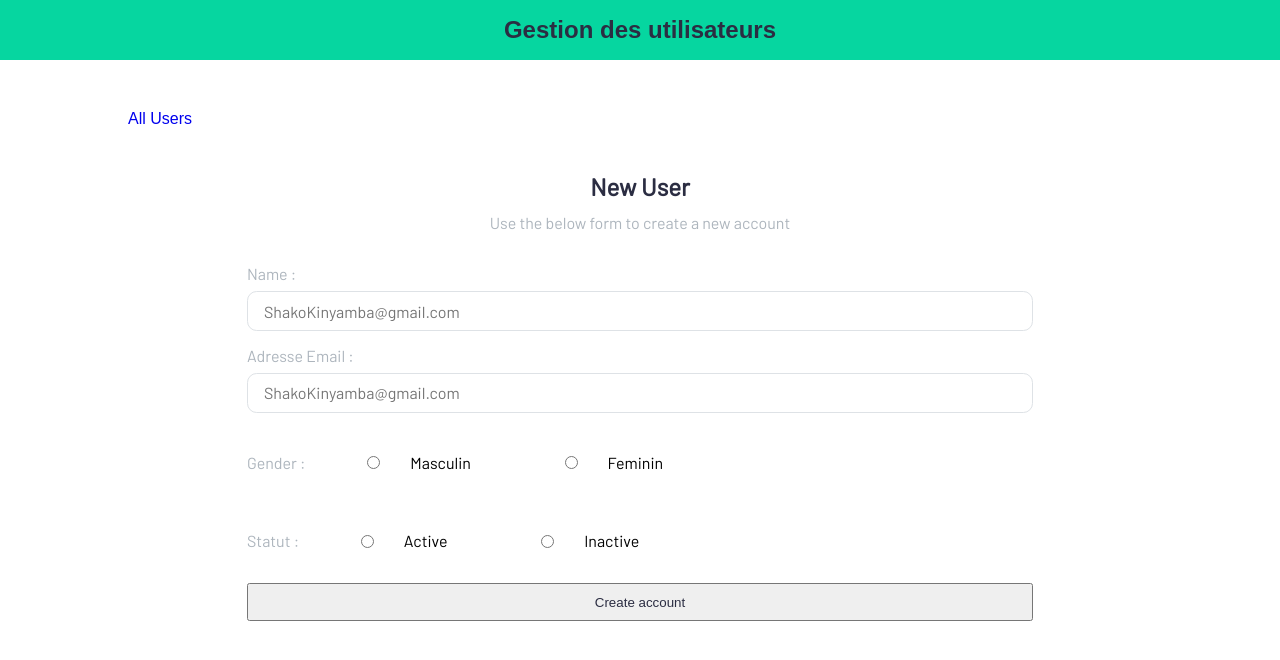
Repository: SKB-TECH/CrudMren
Page: add-user.html
These files come from the project's save history. The page is drawn as it stood at one moment and after a run of saves; the edit follows.
The browser window is 1280 px wide. The pictures show the whole page.
Some web fonts or font styles are not loaded; a fallback is used.

Above is the page before, as saved 2022-10-11 14:10:35.

### add-user.html
<!DOCTYPE html>
<html lang="en">

<head>
    <meta charset="UTF-8">
    <meta http-equiv="X-UA-Compatible" content="IE=edge">
    <meta name="viewport" content="width=device-width, initial-scale=1.0">
    <link rel="stylesheet" href="https://cdnjs.cloudflare.com/ajax/libs/font-awesome/6.2.0/css/all.min.css"
        integrity="sha512-xh6O/CkQoPOWDdYTDqeRdPCVd1SpvCA9XXcUnZS2FmJNp1coAFzvtCN9BmamE+4aHK8yyUHUSCcJHgXloTyT2A=="
        crossorigin="anonymous" referrerpolicy="no-referrer" />
    <link rel="stylesheet" href="./assets/css/style.css">
    <title>CRUD APPLICATION</title>
</head>

<body>
    <!-- Header -->
    <header id="header">
        <nav>
            <div class="container">
                <div class="text-center">
                    <a href="/" class="nav-brand text-dark">Gestion des utilisateurs</a>
                </div>
            </div>
        </nav>
    </header>
    <!-- /Header -->
    <!-- Main  -->
    <main id="site-main">
        <div class="container">
            <div class="box-nav d-flex-justify=between ">
                <div class="filteer">
                    <a href="/">All Users</a>
                </div>
            </div>

            <div class="form-title text-center">
                <h2 class="text-dark">New User</h2>
                <span class="text-light">Use the below form to create a new account</span>
            </div>

            <!-- Form handling -->
             <form action="" method="POST" id="update_user">
                <div class="new_user">
                    <!-- nom de l'utilisateur -->
                    <div class="form-group">
                        <label for="name" class="text-light">Name : </label>
                        <input type="hidden" name="id" value="">
                        <input type="text" name="name" placeholder="ShakoKinyamba@gmail.com">
                    </div>
                    <!-- adresse mail -->
                    <div class="form-group">
                        <label for="name" class="text-light">Adresse Email : </label>
                        <input type="text" name="email" placeholder="ShakoKinyamba@gmail.com">
                    </div>
                    <!-- Sexe de l'agent -->
                    <div class="form-group">
                        <label for="name" class="text-light">Gender : </label>
                        <div class="radio inline">
                            <input type="radio" name="gender" value="Masculin" class="radio">
                            <label for="gender" class="radio-label">Masculin</label>
                        </div>

                        <div class="radio inline">
                            <input type="radio" name="gender" value="Feminin" class="radio">
                            <label for="gender" class="radio-label">Feminin</label>
                        </div>
                    </div>

                    <!-- le statut -->
                    <div class="form-group">
                        <label for="name" class="text-light">Statut : </label>
                        <div class="radio inline">
                            <input type="radio" name="statut" value="Active" class="radio">
                            <label for="statut" class="radio-label">Active</label>
                        </div>

                        <div class="radio inline">
                            <input type="radio" name="statut" value="Inactive" class="radio">
                            <label for="statut" class="radio-label">Inactive</label>
                        </div>
                    </div>
                    <!-- fin Statut -->

                    <!-- Submit -->
                    <div class="form-group">
                        <button type="submit" class="btn text-dark update">Create account</button>
                    </div>
                </div>
             </form>
            <!-- /Form handling -->
        </div>
    </main>
    <!-- /Main -->
</body>

</html>

### assets/css/style.css
@import url('https://fonts.googleapis.com/css2?family=Barlow&family=PT+Sans&display=swap');

/* font-family: 'Barlow', sans-serif;
font-family: 'PT Sans', sans-serif; */

:root {
    --dark: #2b2d42;
    --light: #adb5bd;
    --border: #dee2e6;
    --border-btn: #edf2f4
}

* {
    padding: 0;
    margin: 0;
    box-sizing: border-box;
}

a {
    text-decoration: none;
    font-family: 'PT Sans', sans-serif;
}

.container {
    max-width: 1024px;
    margin: auto;
}

.nav-brand {
    font-size: 1.5em;
    font-weight: bold;
}

.d-flex {
    display: flex;
    flex-wrap: wrap;
}

.justify-between {
    justify-content: space-between;
}

.text-center {
    text-align: center;
}

.border-btn {
    border: 1px solid var(--border-btn);
    box-shadow: 1px 3px 10px #e9ecef;
}

.text-dark {
    color: var(--dark);
}

.inline {
    display: inline-block;
}

.text-light {
    color: var(--light)
}

#header nav {
    background-color: #06d6a0;
    padding: 1em 0;
    width: 100%;
}

#site-main {
    margin-top: 3em;
    font-family: 'Barlow', 'Sans-serif';
}

#site-main .container .box-nav>a {
    font-size: 1em;
    padding: 5em 1em;
}

#site-main .container form {
    margin: 2em 0;
}

table {
    border-spacing: 0px;
    width: 100%;
}

.table td,
.table th {
    padding: .75em;
    vertical-align: top;
    text-align: center;
    border-top: 1px solid var(--border);
}

.table td>a.btn {
    padding: 3em 1em;
    font-size: 1.1em;
    margin: 0.2em;
}

.table tr:hover {
    background-color: var(--border);
}

.table td:hover td>a {
    box-shadow: none;
}

.table .thead-dark th {
    color: #fff;
    background-color: var(--dark);
    border-color: #32383e;
}

.form-title {
    margin-top: 2em;
}

.form-title>h2 {
    padding: .5em 0;
}

.new_user {
    max-width: 786px;
    margin: auto;
}

#update_user .form-group,
#add_user .form-group {
    margin: .4em 0;
}

#update_user .form-group input[type="text"],
#add_user .form-group input[type="text"] {
    width: 100%;
    padding: .6em 1em;
    margin: .5em 0;
    border: 1px solid var(--border);
    font-size: 1em;
    font-family: 'Barlow', sans-serif;
    border-radius: .6em;
}

#update_user .form-group .radio,
#add_user .form-group .radio {
    margin: 1em 2em;
}

.radio input[text='radio']+.radio-label:before {
    content: "";
    background: var(--border-btn);
    border-radius: 100%;
    border: 1px solid var(--border);
    display: inline-block;
    width: 1em;
    height: 1em;
    position: relative;
    top: -0em;
    margin-right: .5em;
    vertical-align: top;
    cursor: pointer;
    text-align: center;
    -webkit-transform: all 250ms ease;
    transition: all 250ms ease;
}

.radio input[text='radio']:checked+.radio-label:before {
    background-color: #16db93;
    box-shadow: inset 0 0 0 4px #e9ecef;
}

.radio input[text='radio']:focus+ .radio-label:before {
  outline: none;
  border-color: #16db93;
}

#update_user .form-group .btn,
#add_user .form-group .btn{
    width: 100%;
    padding: .7em 1em;


}

After the next 2 saves:
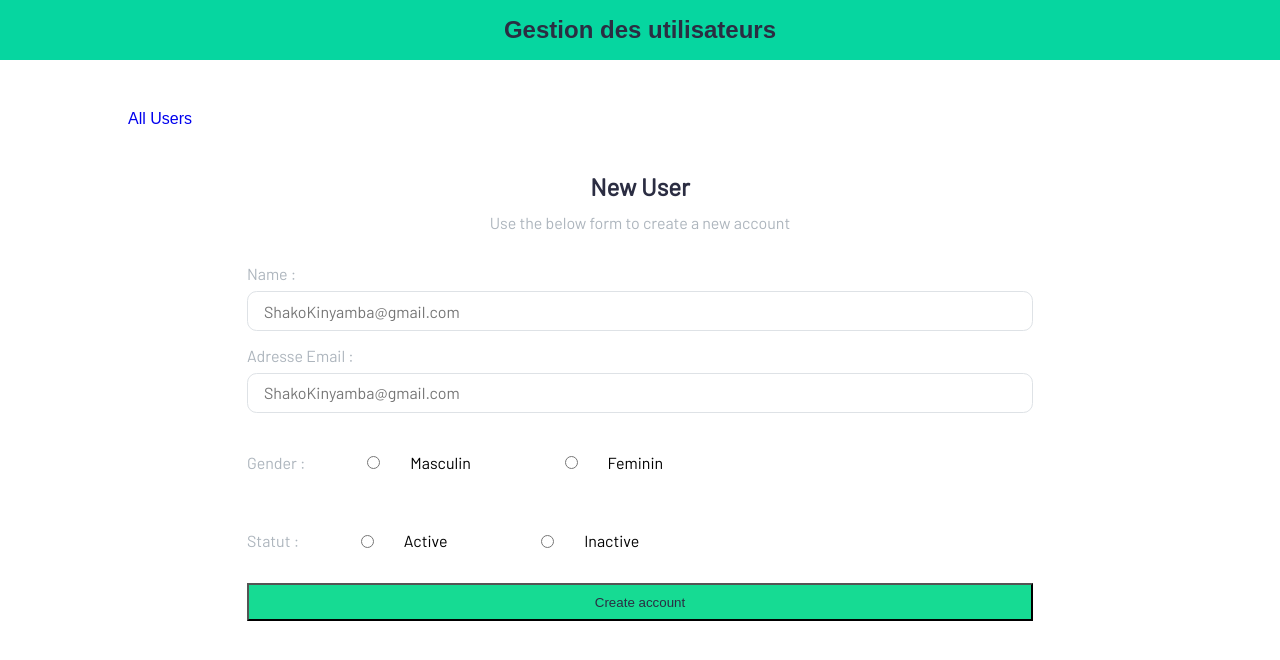
The 2 saves are shown as one change because they came seconds apart.
The last was saved 18 s later.
--- a/assets/css/style.css
+++ b/assets/css/style.css
@@ -180,6 +180,6 @@ table {
 #add_user .form-group .btn{
     width: 100%;
     padding: .7em 1em;
-
+    background-color: #16db93;
 
 }
